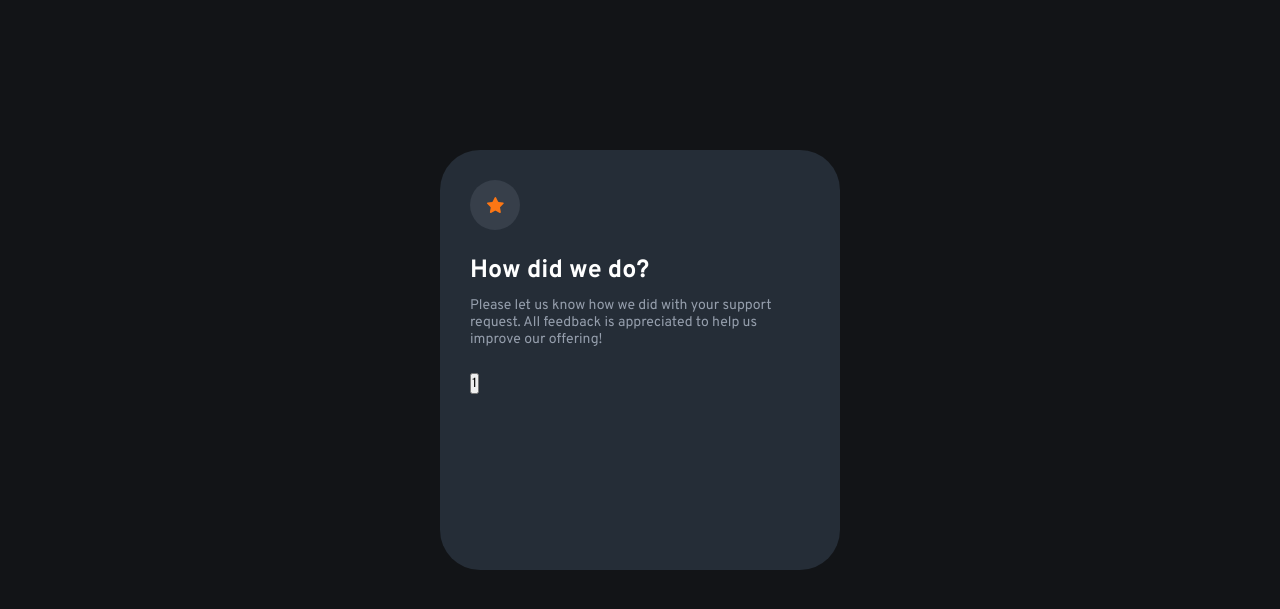
Repository: itbeginswithi/FrontebdMentor
Page: / (app in interactive-rating-component-main/)
An editor plug-in stored every save of this project. The page is shown before and after the next save, followed by the edit.
The browser window is 1280 px wide. The pictures show the whole page.
The project was rebuilt for these pictures with package versions that can differ from the ones it lists, and the page was loaded fresh each time.

Above is the page before, as saved 2022-07-23 19:41:36.

### interactive-rating-component-main/public/index.html
<!DOCTYPE html>
<html lang="en">
  <head>
    <meta charset="utf-8" />
    <link rel="icon" href="favicon-32x32.png" />
    <meta name="viewport" content="width=device-width, initial-scale=1" />
    <meta name="theme-color" content="#000000" />
    <meta
      name="description"
      content="Web site created using create-react-app"
    />
    <link rel="apple-touch-icon" href="%PUBLIC_URL%/logo192.png" />
    <link rel="manifest" href="%PUBLIC_URL%/manifest.json" />
    <title>React App</title>
  </head>
  <body>
    <noscript>You need to enable JavaScript to run this app.</noscript>
    <div id="root"></div>
  </body>
</html>

### interactive-rating-component-main/src/index.js
import React from 'react';
import ReactDOM from 'react-dom/client';
import './index.scss';
import App from './App';

const root = ReactDOM.createRoot(document.getElementById('root'));

root.render(
  <React.StrictMode>
    <App />
  </React.StrictMode>
);

### interactive-rating-component-main/src/index.scss
@import url('https://fonts.googleapis.com/css2?family=Overpass:wght@400;700&display=swap');

html{
  font-size: 62.5%;
}

body {
  box-sizing: border-box;
  font-family: 'Overpass';

}

*,
*:before,
*:after {
  margin: 0;
  padding: 0;
  font-family: inherit;
  box-sizing: inherit;
}

### interactive-rating-component-main/src/App.js
import React, {useState} from 'react';

import IconStar from './images/icon-star.svg';
import './App.scss';

function App() {
  const [rating, setRating] = useState(null);

  return (
    <main>
      <div className="wrapper">

        {/* Rating */}
        <div className='rating__container'>
          <div className='rating__star'>
            <img src={IconStar} alt='Star Icon'/>
          </div>

          <div className='rating__info'>
            <h1>How did we do?</h1>
            <p>Please let us know how we did with your support request. All feedback is appreciated to help us improve our offering!</p>
          </div>

          <div className="rating__list" role="list">
            <button className="rating__list_btn">1</button>
          </div>
        </div>
        {/* Switches */}
      </div>
    </main>
  );
}

export default App;

### interactive-rating-component-main/src/App.scss
$primary: hsl(25, 97%, 53%);
$white: hsl(0, 0%, 100%);
$light-grey: hsl(217, 12%, 63%);
$medium-grey: hsl(216, 12%, 54%);
$dark-blue: hsl(213, 19%, 18%);
$very-dark-blue: hsl(216, 12%, 8%);

$fontsize: 1.5rem;
$regular: 400;
$bold: 700;

@mixin flex($direction: column, $ai: center, $jc: center, $gap: 0) {
    display: flex;
    flex-direction: $direction;
    align-items: $ai;
    justify-content: $jc;
    gap: $gap;
}

main{
    height: 100vh;
    width: 100vw;
    background-color: $very-dark-blue;

    @include flex($direction: row);
}

.wrapper{
    height: 42rem;
    width: min(90%, 40rem);
    background-color: $dark-blue;
    border-radius: 4rem;
    padding: 3rem;

    & .rating{
        &__container{
            @include flex($gap: 2.5rem, $ai: flex-start);
        }

        &__star{
            @include flex;

            height: 5rem;
            width: 5rem;

            background-color: rgba($medium-grey, 20%);
            border-radius: 100vmax;
        }

        &__info{
            h1{
                color: $white;
                font-weight: $bold;
                font-size: 2.5rem;
                margin-bottom: 1rem;
            }

            p{
                color: $light-grey;
                font-weight: $regular;
                font-size: 1.4rem;
            }
        }
    }
}

After the next save:
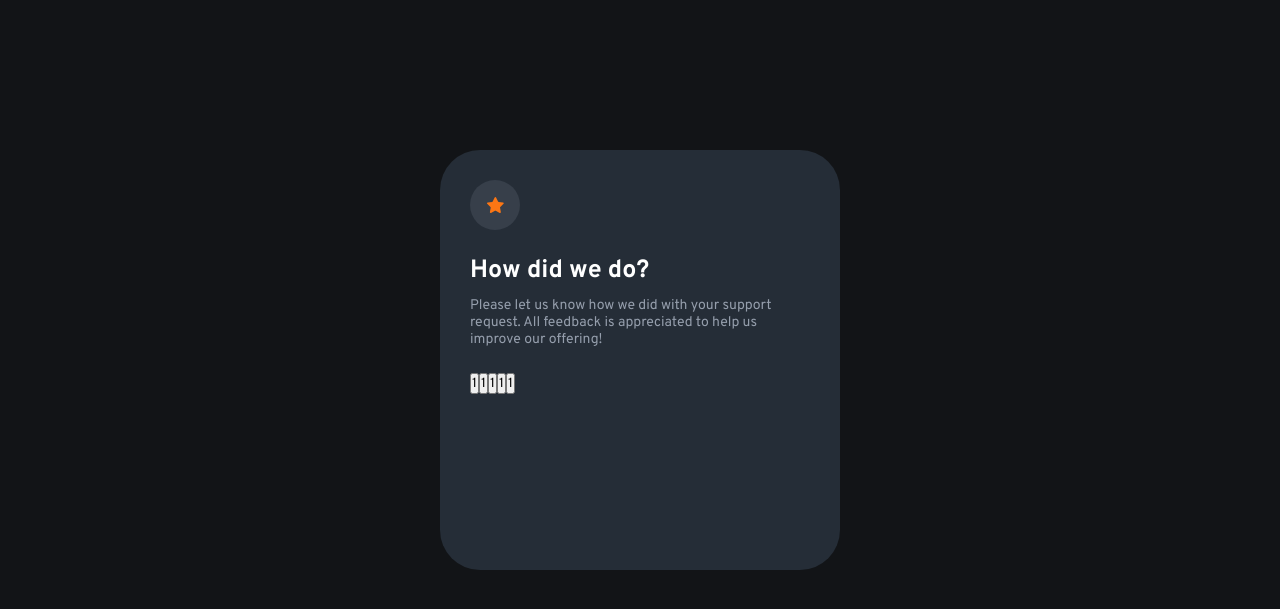
Saved 10 s later.
--- a/interactive-rating-component-main/src/App.js
+++ b/interactive-rating-component-main/src/App.js
@@ -23,6 +23,10 @@ function App() {
 
           <div className="rating__list" role="list">
             <button className="rating__list_btn">1</button>
+            <button className="rating__list_btn">1</button>
+            <button className="rating__list_btn">1</button>
+            <button className="rating__list_btn">1</button>
+            <button className="rating__list_btn">1</button>
           </div>
         </div>
         {/* Switches */}
